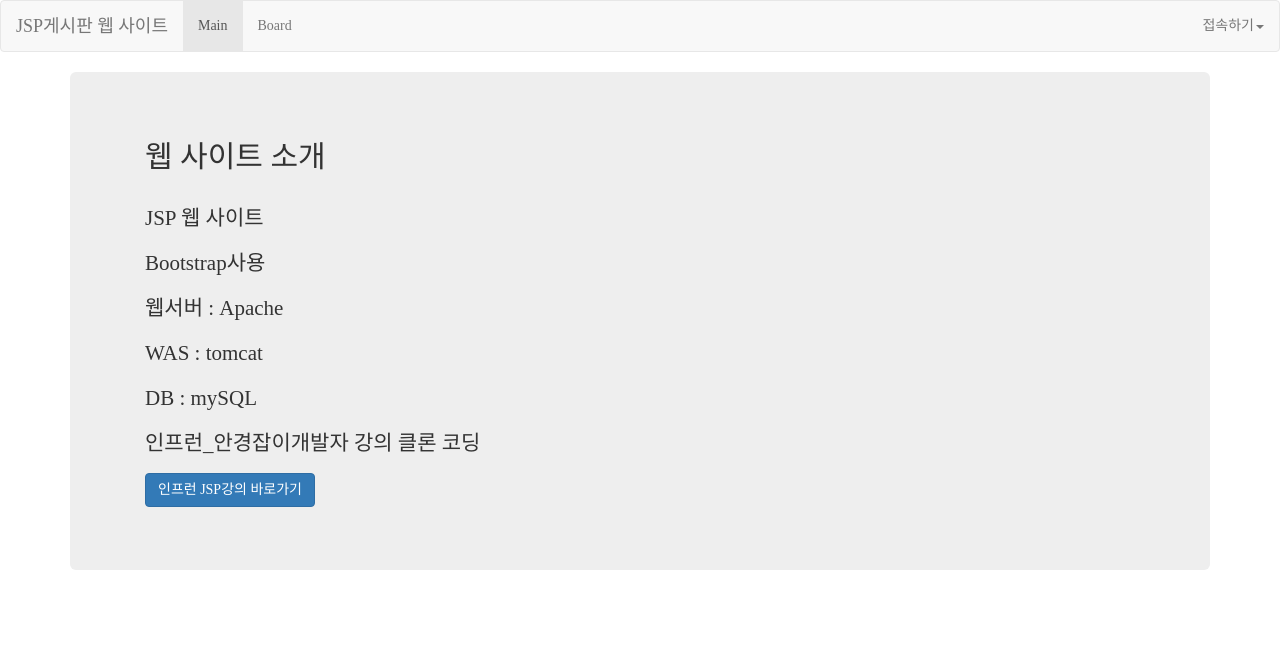
Repository: kwonsye/JSP_Board
Page: http://localhost/BBS/main.jsp
These files come from the project's save history. The page is drawn as it stood at one moment and after the next save; the edit follows.
The browser window is 1280 px wide. The pictures show the whole page.
Some web fonts or font styles are not loaded; a fallback is used. Some web libraries are served in a nearby version. The page is served by Tomcat 9. Other server files are loaded and not shown.

Above is the page before, as saved 2019-01-06 16:08:48.

### projects/BBS/WebContent/main.jsp
<%@ page language="java" contentType="text/html; charset=UTF-8"
    pageEncoding="UTF-8"%>
<%@ page import="java.io.PrintWriter" %>
<!DOCTYPE html>
<html>
<head>
<meta http-equiv="Content-Type" content="text/html; charset=UTF-8">
<!-- Bootstrap참조하는 부분 -->
<meta name="viewport" content="width=device-width" initial-scale="1">
<link rel="stylesheet" href="css/bootstrap.css">
<!-- 커스텀 css파일 추가 -->
<link rel="stylesheet" href="css/custom.css">
<title>메인 페이지 테스트</title>
</head>
<body>

	<%
		//로그인이 된 사람이라면
		String userID = null;
		if(session.getAttribute("userID") != null){
			userID = (String) session.getAttribute("userID");
		}
	%>
	<!-- 자바스크립트 파일 추가 -->
	<script src="https://code.jquery.com/jquery-3.1.1.min.js"></script>
	<script src="js/bootstrap.js"></script>
	<!-- 네비게이션 메뉴바 달기 -->
	<nav class="navbar navbar-default">
		<div class="navbar-header">
			<button type="button" class="navbar-toggle collapsed"
				data-toggle="collapse" data-target="#bs-example-navbar-collapse-1"
				aria-expanded="false">
				<span class="icon-bar"></span>
				<span class="icon-bar"></span>
				<span class="icon-bar"></span>
			</button>
			<a class="navbar-brand" href="main.jsp">JSP게시판 웹 사이트</a>
		</div>
		<div class="collapse navbar-collapse" id="bs-example-navbar-collapse-1">
			<ul class="nav navbar-nav">
				<li class="active"><a href="main.jsp">Main</a></li>
				<li><a href="bbs.jsp">Board</a></li>
			</ul>
			<%
				//로그인이 된 상태가 아닐 떄만 접속하기가 보이게 한다.
				if(userID == null){
			%>
			<ul class="nav navbar-nav navbar-right">
				<li class="dropdown">
					<a href="#" class="dropdown-toggle" data-toggle="dropdown" role="button" aria-haspopup="true"
						aria-expanded="false">접속하기<span class="caret"></span></a>
					<ul class="dropdown-menu">
						<li><a href="login.jsp">로그인</a></li>
						<li><a href="join.jsp">회원가입</a></li>
					</ul>
				</li>
			</ul>
			<%
			//로그인이 된 사람만 볼 수 있는 화면
				}else{
			%>
			<ul class="nav navbar-nav navbar-right">
				<li class="dropdown">
					<a href="#" class="dropdown-toggle" data-toggle="dropdown" role="button" aria-haspopup="true"
						aria-expanded="false">회원관리<span class="caret"></span></a>
					<ul class="dropdown-menu">
						<li><a href="logoutAction.jsp">로그아웃</a></li>
					</ul>
				</li>
			</ul>
			<%
				}
			%>

		</div>
	</nav>

	<!-- 웹사이트를 소개하는 부분 -->
	<div class="container">
		<div class="jumbotron">
			<div class="container">
				<h2>웹 사이트 소개</h2><br>
				<p>JSP 웹 사이트</p>
				<p>Bootstrap사용</p>
				<p>웹서버 : Apache</p>
				<p>WAS : tomcat</p>
				<p>DB : mySQL</p>
				<p>인프런_안경잡이개발자 강의 클론 코딩</p>
				<p><a class="btn btn-primary btn-pull" href="https://www.inflearn.com/course/jsp-게시판" role="button">인프런 JSP강의 바로가기</a></p>

			</div>
		</div>
	</div>

</body>
</html>

### projects/BBS/WebContent/css/custom.css
@import url(http://fonts.googleapis.com/earltacccess/nanumgothic.css);
@import url(http://fonts.googleapis.com/earltacccess/hanna.css);

* {
	font-family : 'Nanum Gothic';
}

h1 {
	font-family : 'Hanna'
}

Loaded but not shown: projects/BBS/WebContent/css/bootstrap.css (library); projects/BBS/WebContent/js/bootstrap.js (library)

After the next save:
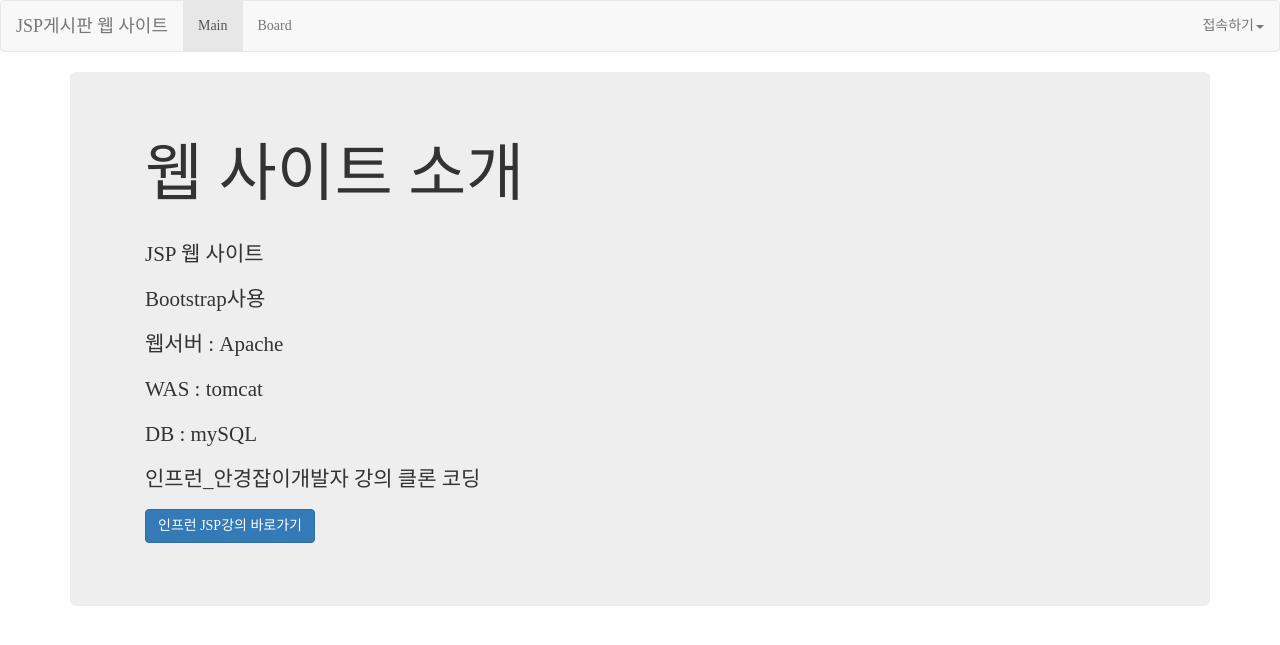
Saved 8 s later.
--- a/projects/BBS/WebContent/main.jsp
+++ b/projects/BBS/WebContent/main.jsp
@@ -79,7 +79,7 @@
 	<div class="container">
 		<div class="jumbotron">
 			<div class="container">
-				<h2>웹 사이트 소개</h2><br>
+				<h1>웹 사이트 소개</h1><br>
 				<p>JSP 웹 사이트</p>
 				<p>Bootstrap사용</p>
 				<p>웹서버 : Apache</p>
